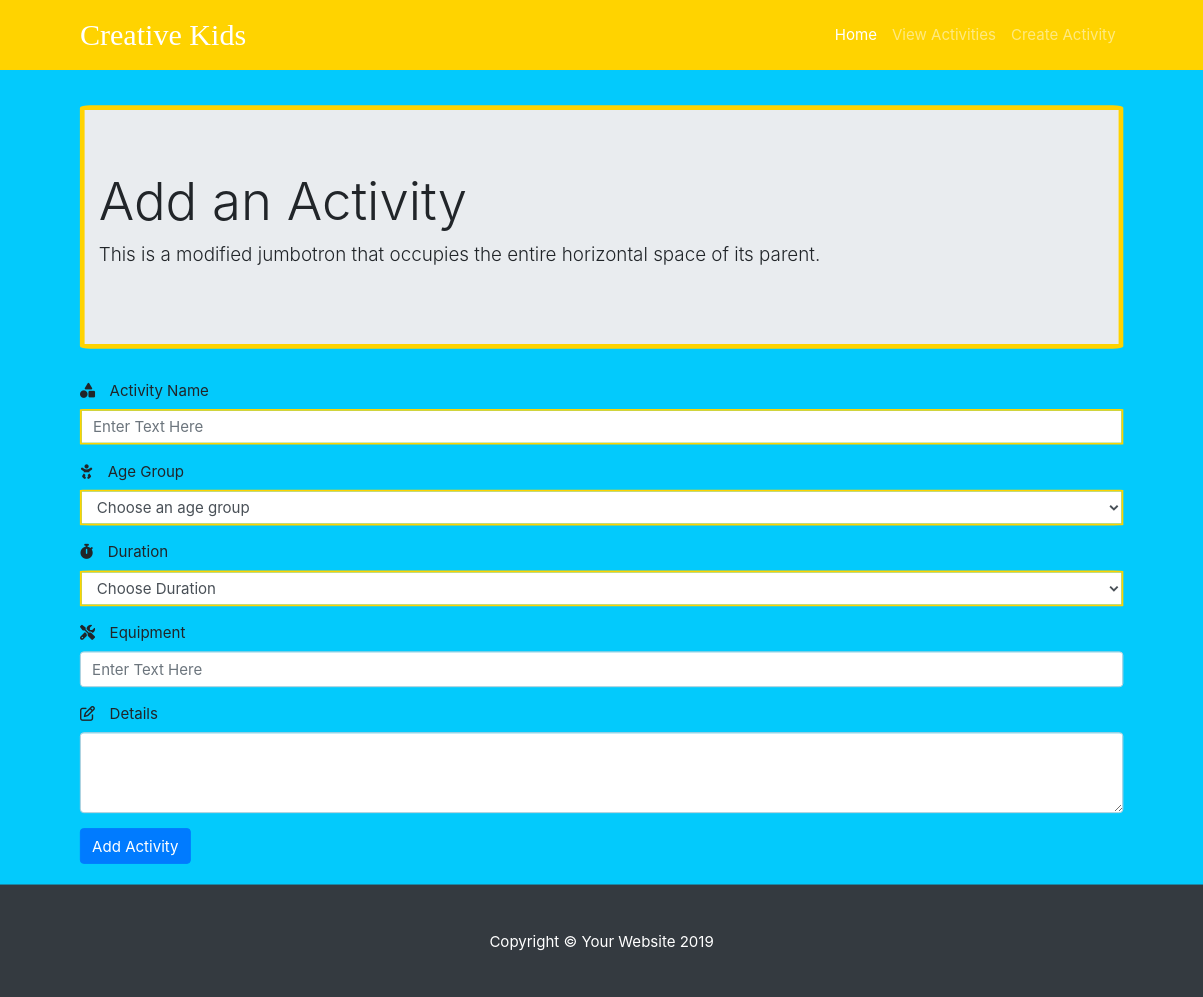
Repository: Neilfoster/milestone_project_3
Page: http://localhost/add_activity
The author's editor kept a record of every edit. The page is drawn from the files as they stood at one moment, then again after the next edit.
The browser window is 1280 px wide. The pictures show the whole page, at 94% of full size.
Some web fonts or font styles are not loaded; a fallback is used. Some web libraries are served in a nearby version. The page is served by the project's application, run on Flask 3 (app.py). Queries for data that is not in the repository find no rows.

Above is the page before.

After the next edit:
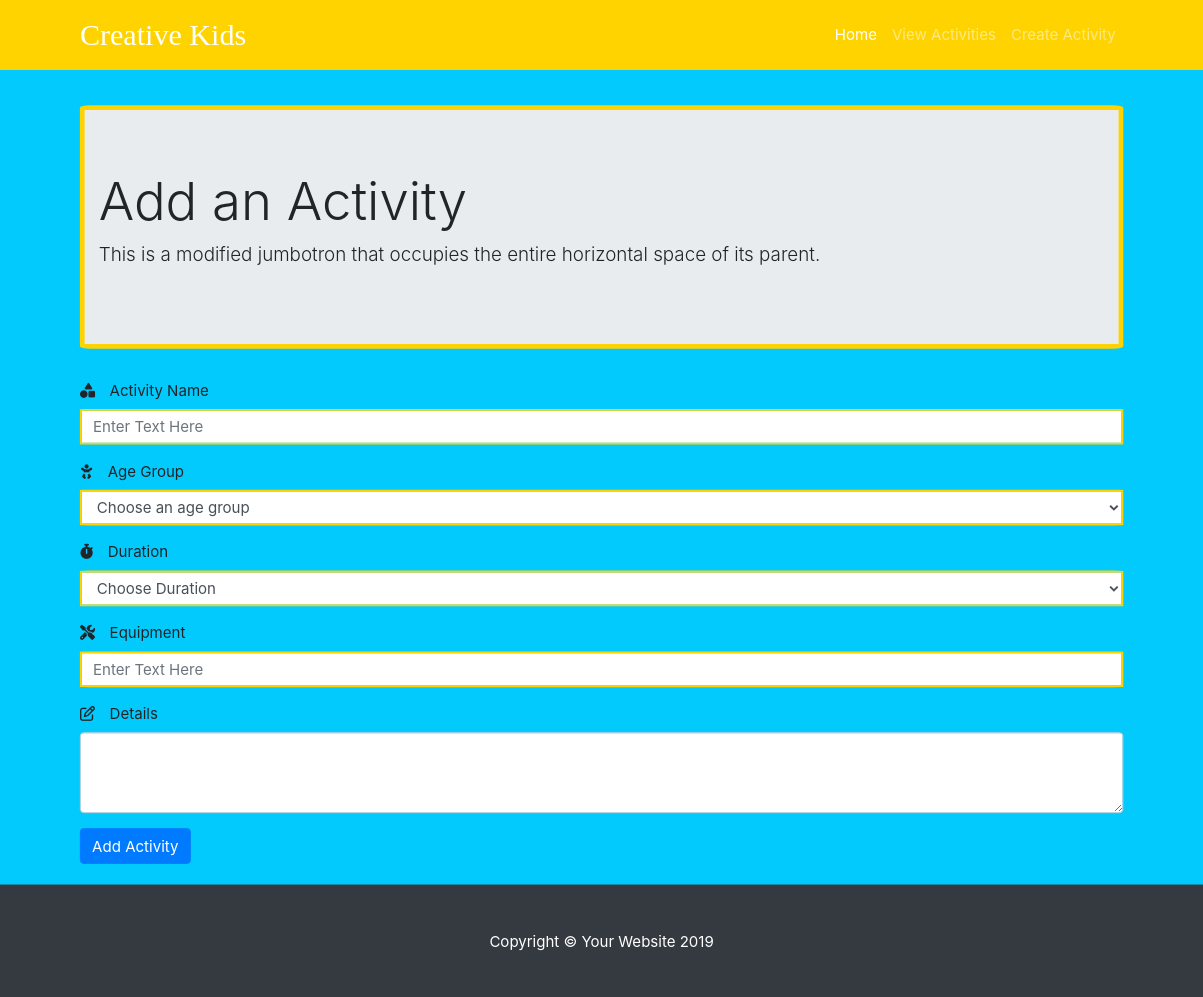
The edit:
--- a/templates/add_activity.html
+++ b/templates/add_activity.html
@@ -38,7 +38,7 @@
         <div class="form-group">
             <i class="fas fa-tools "></i>
             <label class="forum_text" for="equipment">Equipment</label>
-            <input type="text" class="form-control" id="equipment" name="equipment" placeholder="Enter Text Here" required>
+            <input type="text" class="form-control add_forum" id="equipment" name="equipment" placeholder="Enter Text Here" required>
         </div>
 
         <div class="form-group">
